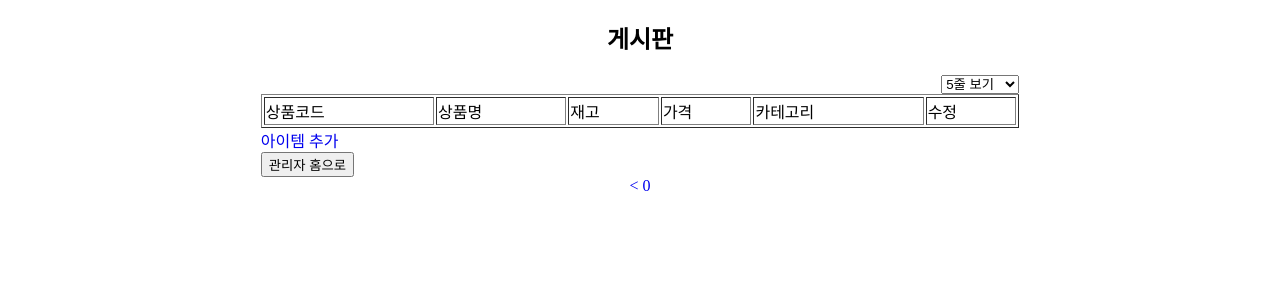
Repository: jjucc99/EZEN_PROJECT
Page: http://localhost/Project_Tea_party_12_21/WEB-INF/views/admin/admin_Item/item_list.jsp
The author's editor kept a copy of each file at every save. The page is drawn from the files as they stood at one save, then again after the next save.
The browser window is 1280 px wide. The pictures show the whole page.
The page is served by Tomcat 9. Nobody is signed in. Other server files are loaded and not shown. The template is opened directly, without the code that normally fills it, so the values that code supplies are empty.

Above is the page before, as saved 2021-12-22 07:16:33.

### Project_Tea_party_12_21/src/main/webapp/WEB-INF/views/admin/admin_Item/item_list.jsp
<%@ page language="java" contentType="text/html; charset=UTF-8"
    pageEncoding="UTF-8"%>
<%@ taglib prefix="c" uri="http://java.sun.com/jsp/jstl/core" %>
<%@ taglib prefix="fmt" uri="http://java.sun.com/jsp/jstl/fmt" %>
<!DOCTYPE html>
<html>
<head>
<meta http-equiv="Content-Type" content="text/html; charset=UTF-8">
<title>게시판 목록</title>
</head>
<style>
	h2 {
		text-align: center;
	}
	table {
		width: 100%;
	}
	#outter {
		display: block;
		width: 60%;
		margin: auto;
	}
	a {
		text-decoration: none;
	}
</style>
<script>
	function selChange() {
		var sel = document.getElementById('cntPerPage').value;
		location.href="testList.ad?nowPage=${paging.nowPage}&cntPerPage="+sel;
	}
</script>
<body>
<h2>게시판</h2>

<div id="outter">
	<div style="float: right;">
		<select id="cntPerPage" name="sel" onchange="selChange()">
			<option value="5"
				<c:if test="${paging.cntPerPage == 5}">selected</c:if>>5줄 보기</option>
			<option value="10"
				<c:if test="${paging.cntPerPage == 10}">selected</c:if>>10줄 보기</option>
			<option value="15"
				<c:if test="${paging.cntPerPage == 15}">selected</c:if>>15줄 보기</option>
			<option value="20"
				<c:if test="${paging.cntPerPage == 20}">selected</c:if>>20줄 보기</option>
		</select>
	</div> <!-- 옵션선택 끝 -->
	<table border="1">
		<tr>
			<td>상품코드</td>
			<td>상품명</td>
			<td>재고</td>
			<td>가격</td>
			<td>카테고리</td>
			<td>수정</td>
		</tr>
		<c:forEach items="${viewAll}" var="item">
			<tr>
				<td>${item.item_code}</td>
				<td>${item.item_name}</td>
				<td>${item.item_count}</td>
				<td>${item.item_price}</td>
				<td>${item.cate_name}</td>
				<td><button onclick="location.href='itemInfo.ad?item_code=${item.item_code}'">UPDATE</button></td>
			</tr>
		</c:forEach>
	</table>
	<a href="addItemForm.ad">아이템 추가</a><br>
	<button onclick="location.href='admin.ad'">관리자 홈으로</button>

	<div style="display: block; text-align: center;">
		<c:if test="${paging.startPage != 1 }">
			<a href="/testList.ad?nowPage=${paging.startPage - 1 }&cntPerPage=${paging.cntPerPage}">&lt;</a>
		</c:if>
		<c:forEach begin="${paging.startPage }" end="${paging.endPage }" var="p">
			<c:choose>
				<c:when test="${p == paging.nowPage }">
					<b>${p}</b>
				</c:when>
				<c:when test="${p != paging.nowPage }">
					<a href="/testList.ad?nowPage=${p }&cntPerPage=${paging.cntPerPage}">${p }</a>
				</c:when>
			</c:choose>
		</c:forEach>
		<c:if test="${paging.endPage != paging.lastPage}">
			<a href="/testList.ad?nowPage=${paging.endPage+1 }&cntPerPage=${paging.cntPerPage}">&gt;</a>
		</c:if>
	</div>
</div>
</body>
</html>

After the next save:
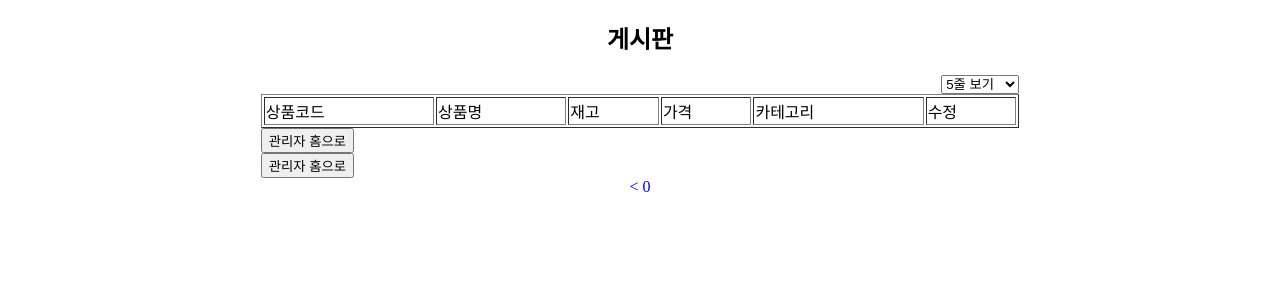
Saved 21 s later.
--- a/Project_Tea_party_12_21/src/main/webapp/WEB-INF/views/admin/admin_Item/item_list.jsp
+++ b/Project_Tea_party_12_21/src/main/webapp/WEB-INF/views/admin/admin_Item/item_list.jsp
@@ -66,7 +66,7 @@
 			</tr>
 		</c:forEach>
 	</table>
-	<a href="addItemForm.ad">아이템 추가</a><br>
+	<button onclick="location.href='addItemForm.ad'">관리자 홈으로</button><br>
 	<button onclick="location.href='admin.ad'">관리자 홈으로</button>
 
 	<div style="display: block; text-align: center;">
